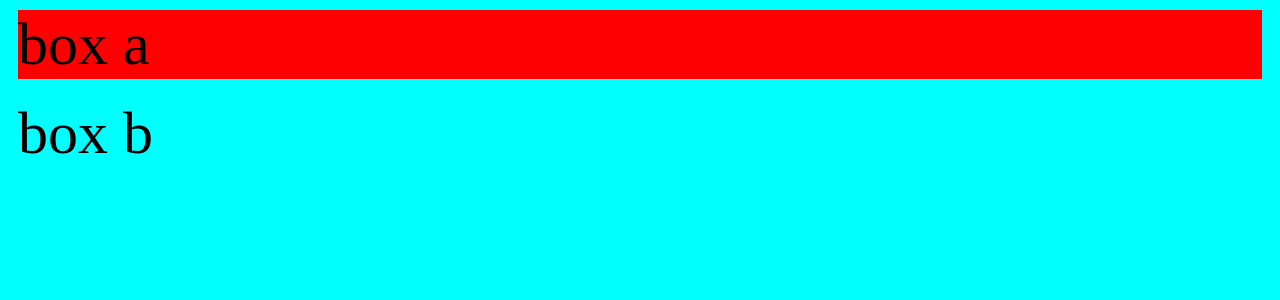
Repository: asifdotpy/testing-html-and-css
Page: index.html
The author's editor kept a copy of each file at every save. The page is drawn from the files as they stood at one save, then again after the next save.
The browser window is 1280 px wide. The pictures show the whole page.

Above is the page before, as saved 2021-02-14 00:23:27.

After the next save:
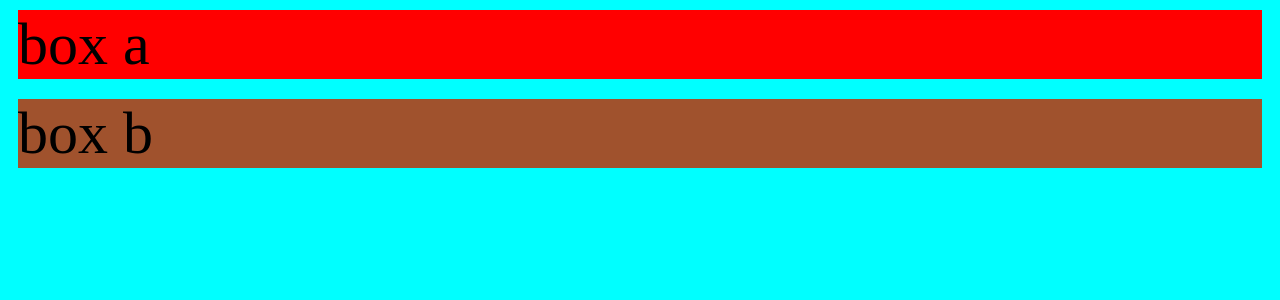
Saved 7 s later.
--- a/main.css
+++ b/main.css
@@ -11,5 +11,5 @@ div.a {
 div.b {
     font-size: 60px;
     margin: 10px 10px 20px;
-    background-color: ;
+    background-color: sienna;
 }
